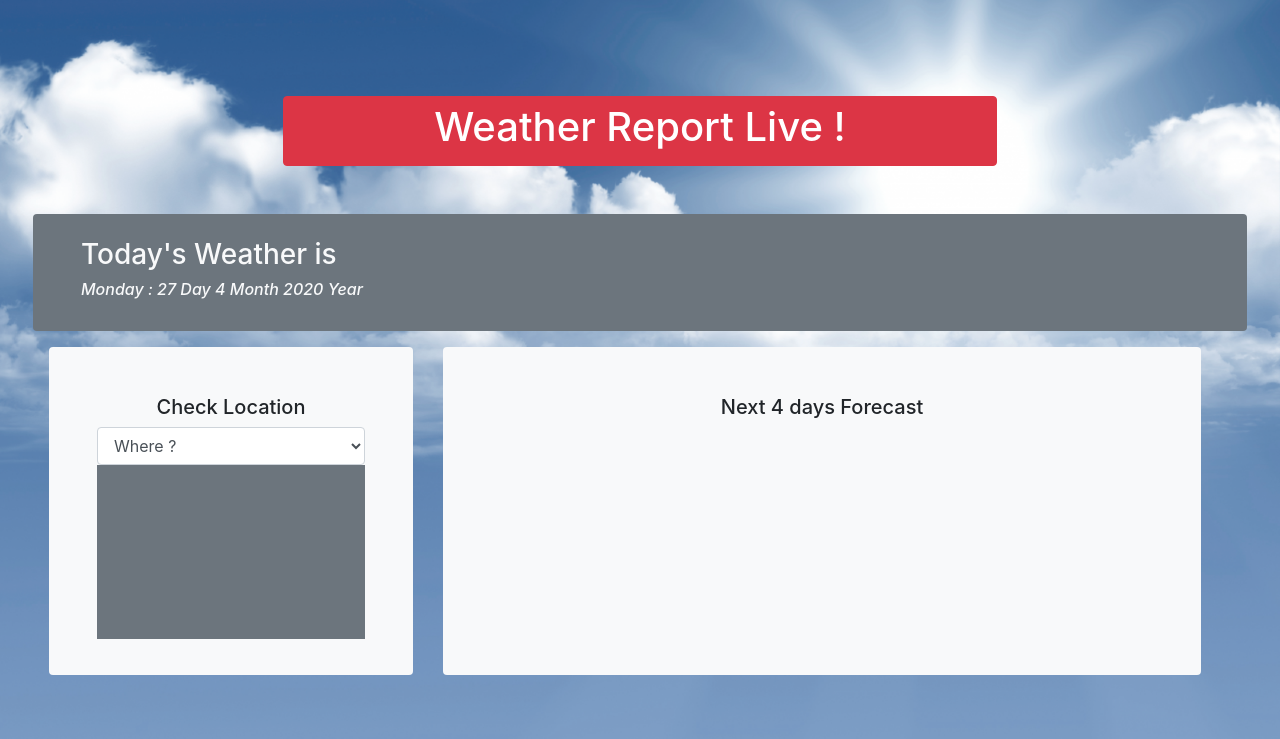
Repository: Code-Institute-Submissions/projectchen88-weatherForecast
Page: index.html
The author's editor kept a record of every edit. The page is drawn from the files as they stood at one moment, then again after the next edit.
The browser window is 1280 px wide. The pictures show the whole page.
The page's requests for data from a server got no answer.

Above is the page before.
Console error (its wording comes from the project's code and is left out).

### index.html
<!doctype html>
<html lang="en">

<head>
    <!-- Required meta tags -->
    <meta charset="utf-8">
    <meta name="viewport" content="width=device-width, initial-scale=1, shrink-to-fit=no">
    <!--AXIOS link-->
    <script src="https://unpkg.com/axios/dist/axios.min.js"></script>
    <!-- Bootstrap CSS -->
    <link rel="stylesheet" href="https://stackpath.bootstrapcdn.com/bootstrap/4.4.1/css/bootstrap.min.css" integrity="sha384-Vkoo8x4CGsO3+Hhxv8T/Q5PaXtkKtu6ug5TOeNV6gBiFeWPGFN9MuhOf23Q9Ifjh" crossorigin="anonymous">
    <!--Custom CSS-->
    <link rel="stylesheet" href="styles/style.css" type="text/css" />
    <title>Hello, world!</title>
</head>

<body>
    <main id='main-page' class='container-fluid p-5'>
        <!--Header-->
        <div class="row">
            <div class="col-md-8 col-12 p-md-5 p-3 mx-auto">
                <span class='btn btn-danger w-100'><h1>Weather Report Live ! </h1></span>
            </div>
        </div>

        <!--Current Weather -->
        <div class="row">
            <div class="col-12 px-5 py-4 bg-secondary text-light rounded">
                <h3>Today's Weather is <span id='status'></span></h3>
                <h6 id='dateToday' class='font-italic'></h6>
            </div>
            <div id='display-section' class="col-12 p-3 bg-transparent">
                <div class="box row">
                    <!--Check and display weather of location selected-->
                    <div class="box col-md-4 col-12 mx-auto text-center">
                        <div class="box p-5 bg-light rounded">
                            <h5>Check Location</h5>
                            <div >
                                <select class='form-control' id="select">
                                    <option>Where ?</option>
                                </select>
                            </div>
                            <div class='display-box p-5 bg-secondary'>
                                <h1 id='weather' class='font-bolder text-light'></h1>
                            </div>
                        </div>
                    </div>

                    <!--Display 4 days forecast-->
                    <div class="box col-md-8 col-12 mx-auto text-center">
                        <div class="box p-5 bg-light rounded">
                            <h5>Next 4 days Forecast</h5>
                            <div class='display-box p-5'>
                                <div class="row">
                                    <div class="col-3"></div>
                                    <div class="col-3"></div>
                                    <div class="col-3"></div>
                                    <div class="col-3"></div>
                                </div>
                            </div>
                        </div>
                    </div>


                </div>
            </div>
        </div>

    </main>


    <!-- Optional JavaScript -->
    <!-- jQuery first, then Popper.js, then Bootstrap JS -->
    <script src="https://code.jquery.com/jquery-3.4.1.js" integrity="sha256-WpOohJOqMqqyKL9FccASB9O0KwACQJpFTUBLTYOVvVU=" crossorigin="anonymous"></script>
    <script src="https://cdn.jsdelivr.net/npm/popper.js@1.16.0/dist/umd/popper.min.js" integrity="sha384-Q6E9RHvbIyZFJoft+2mJbHaEWldlvI9IOYy5n3zV9zzTtmI3UksdQRVvoxMfooAo" crossorigin="anonymous"></script>
    <script src="https://stackpath.bootstrapcdn.com/bootstrap/4.4.1/js/bootstrap.min.js" integrity="sha384-wfSDF2E50Y2D1uUdj0O3uMBJnjuUD4Ih7YwaYd1iqfktj0Uod8GCExl3Og8ifwB6" crossorigin="anonymous"></script>
    <!--Custom JS script-->
    <script type="text/javascript" src="scripts/script.js"></script>
</body>

</html>

### scripts/script.js
/*  global $ axios */

var source1 = "https://api.data.gov.sg/v1/environment/2-hour-weather-forecast"
var source2 = "https://api.data.gov.sg/v1/environment/4-day-weather-forecast"
var forecastData =[]
var tempData =[]
var option =[]
var status


//AXIO TO GET DATA FROM JSON FILE (local)
function getForecast(callback) {
  axios.get(source1)
    .then(function(response) {
      let result = response.data;
      console.log(result)
      callback(result)
    })
}
function getTemp(callback) {
  axios.get(source2)
    .then(function(response) {
      let result = response.data.items[0].forecasts;
      console.log(result)
      callback(result)
    })
}
function displayDailyForecast( day ) {
  document.getElementById("forecast-title").innerHTML="Weather Forecast for date : " +tempData[day].date
  document.getElementById("forecast").innerHTML=tempData[day].forecast
  document.getElementById("humidity-high").innerHTML=tempData[day].relative_humidity.high
  document.getElementById("humidity-low").innerHTML=tempData[day].relative_humidity.low
  document.getElementById("temperature-high").innerHTML=tempData[day].temperature.high
  document.getElementById("temperature-low").innerHTML=tempData[day].temperature.low
  document.getElementById("wind-direction").innerHTML="The wind will be blowing in the "+tempData[day].wind.direction+" direction"
  document.getElementById("wind-speed-high").innerHTML=tempData[day].wind.speed.high
  document.getElementById("wind-speed-low").innerHTML=tempData[day].wind.speed.low

}
getTemp(function(data){
  tempData = data;
  tempData.count = 0 // tracker for the day result that is displayed
  displayDailyForecast (tempData.count)
  document.getElementById("forecast").innerHTML=tempData[0].forecast
})

getForecast( function(data) {
    forecastData = data
    status = forecastData.api_info.status
    document.getElementById("status").innerHTML = status;

    let forecastsArea = forecastData.items[0].forecasts

    var select = document.getElementById("select");
    for (let item in forecastsArea) {
      var el = document.createElement("option");
      el.textContent = forecastsArea[item].area;
      el.value = forecastsArea[item].area;
      select.appendChild(el);
    }
})

$ (function () {
  // $('#prev-day').hide();

  // Set the date of today to be displayed
  var d = new Date();
  var weekday = new Array(7);
  weekday[0] = "Sunday";
  weekday[1] = "Monday";
  weekday[2] = "Tuesday";
  weekday[3] = "Wednesday";
  weekday[4] = "Thursday";
  weekday[5] = "Friday";
  weekday[6] = "Saturday";
  var strDate = weekday[d.getDay()] + " : " + d.getDate() + " Day " + (d.getMonth()+1) + " Month " + d.getFullYear() + " Year " ;
  $('#dateToday').text(strDate)

  // Detect for change in option change in selection of area and display the weather
  $('#select').change(function(){
    // displayWeather()
    let forecastsArea = forecastData.items[0].forecasts
    for (let item in forecastsArea) {
      var select = $('#select').val()
      if (select == forecastsArea[item].area)
      $('#weather').text("The weather at "+ forecastsArea[item].area +" is expected to be "+forecastsArea[item].forecast)
    }
  })

  // Detect for change to view. forecast for next day
  $('#next-day').click( function () {
    if (tempData.count < 3) {
      tempData.count ++ ;
      displayDailyForecast(tempData.count)
      if (tempData.count >= 3) {
        // $('#next-day').hide()
      }
      $('#prev-day').text('<<')
    }
    else {
      $('#next-day').text('>>|')
    }
  })

  $('#prev-day').on('click', function () {
   if (tempData.count >= 0) {
      tempData.count -- ;
      displayDailyForecast(tempData.count)
      if (tempData.count <= 0 ) {
        $('#next-day').text(">>")
      }
      $('#prev-day').text('|<<')
    }
  })
})

Loaded but not shown: styles/style.css (common file)

After the next edit:
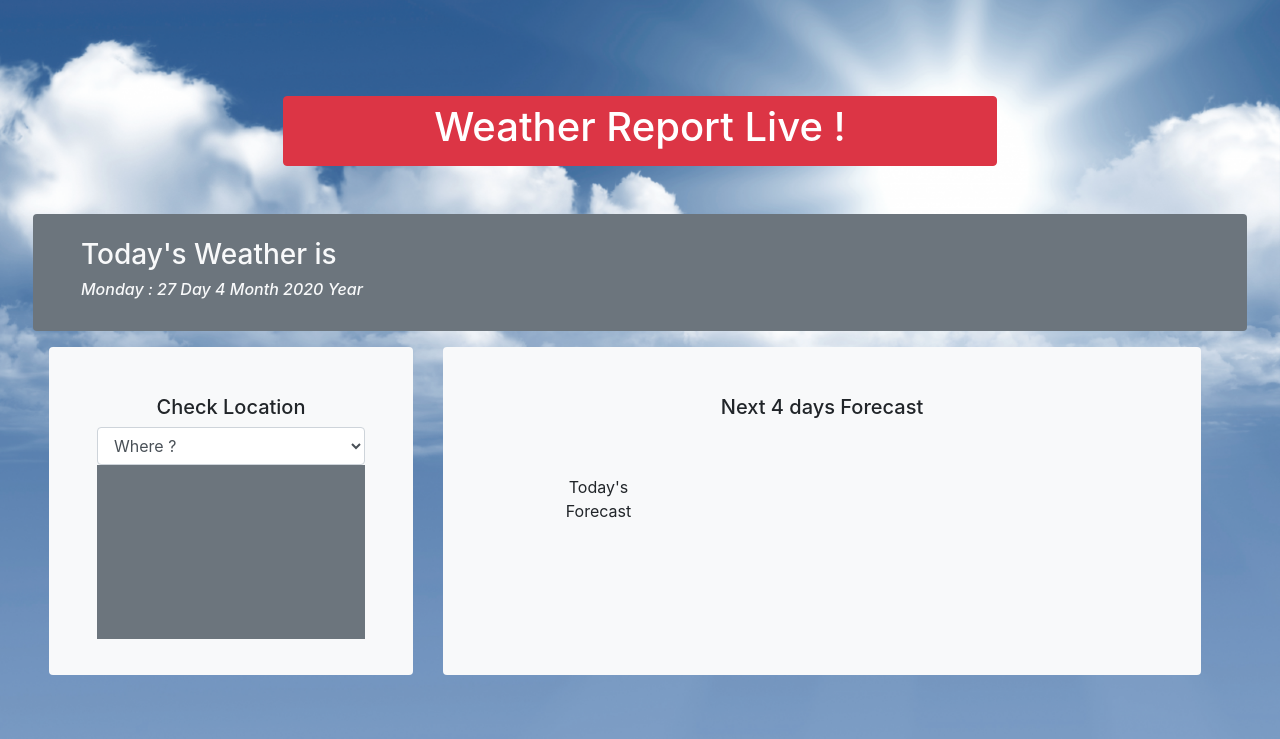
The edit:
--- a/index.html
+++ b/index.html
@@ -52,10 +52,10 @@
                             <h5>Next 4 days Forecast</h5>
                             <div class='display-box p-5'>
                                 <div class="row">
-                                    <div class="col-3"></div>
-                                    <div class="col-3"></div>
-                                    <div class="col-3"></div>
-                                    <div class="col-3"></div>
+                                    <div class="col-3"> Today's Forecast </div>
+                                    <div class="col-3" id='humidity'></div>
+                                    <div class="col-3" id='temperature'></div>
+                                    <div class="col-3" id='wind'></div>
                                 </div>
                             </div>
                         </div>
